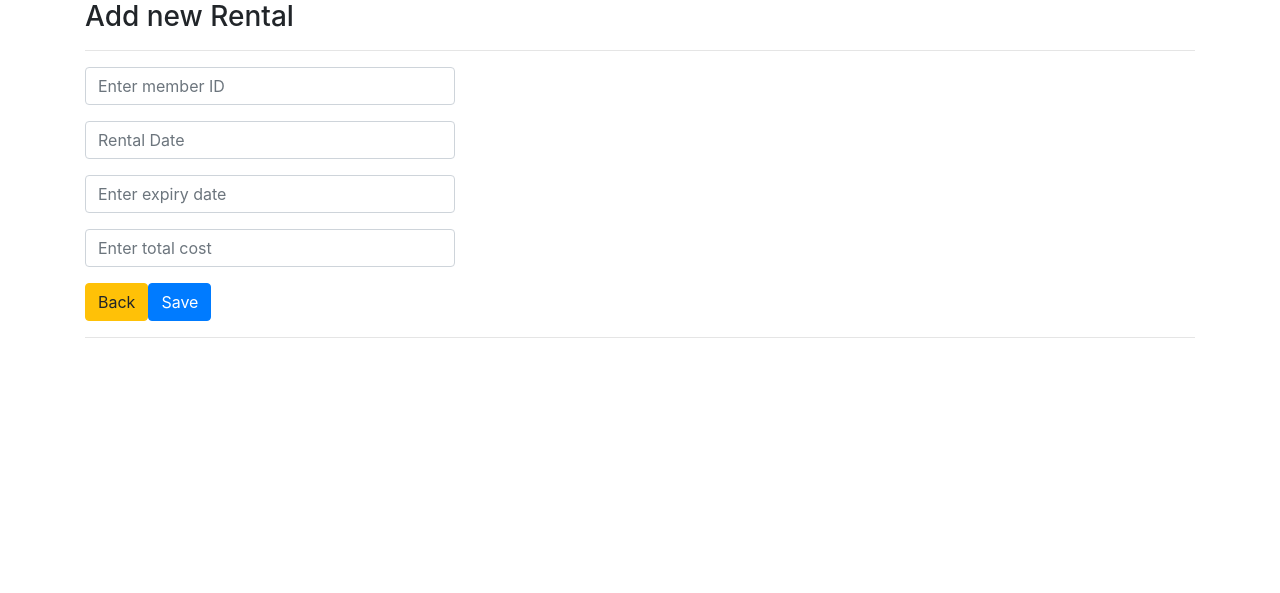
Repository: messimacky/Movie-Rental-System-Front-End
Page: /add-rental
These files come from the project's save history. The page is drawn as it stood at one moment and after the next save; the edit follows.
The browser window is 1280 px wide. The pictures show the whole page.
The project was rebuilt for these pictures with package versions that can differ from the ones it lists, and the page was loaded fresh each time. Also part of the build but not shown: src/services/movie.service.js, src/components/AddMovie.js, src/components/MoviesList.js, src/components/NotFound.js, src/components/login/Login.js, src/services/customer.service.js, src/components/AddCustomer.js, src/components/CustomerList.js and 4 more.

Above is the page before, as saved 2022-04-21 11:49:15.

After the next save:
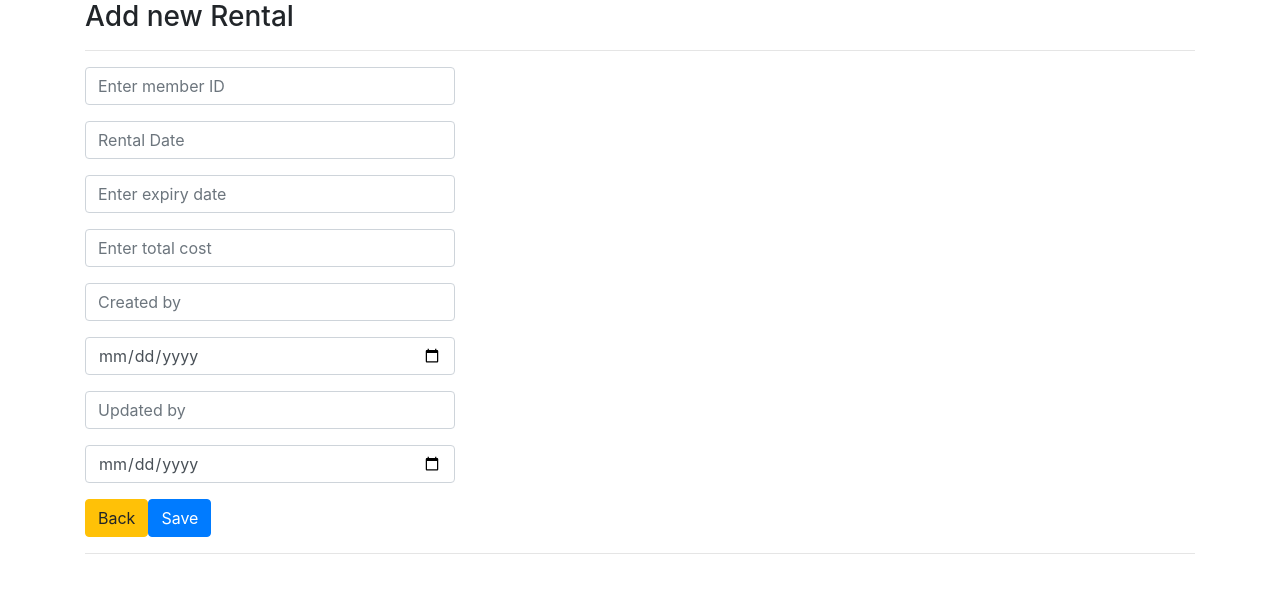
Saved 26 s later.
--- a/src/components/AddRental.js
+++ b/src/components/AddRental.js
@@ -122,6 +122,54 @@ const AddRental = () => {
                     />
                 </div>
 
+                <div className="form-group">
+                    <input
+                        type="text"
+                        className="form-control col-4"
+                        id="createdby"
+                        value={createdby}
+                        onChange={(e) => setCreatedBy(e.target.value)}
+                        placeholder="Created by"
+                    />
+                </div>
+
+
+                <div className="form-group">
+                    <input
+                        type="date"
+                        className="form-control col-4"
+                        id="createddate"
+                        value={createddate}
+                        onChange={(e) => setCreatedDate(e.target.value)}
+                        placeholder="Created Date"
+                    />
+                </div>
+
+
+
+
+                <div className="form-group">
+                    <input
+                        type="text"
+                        className="form-control col-4"
+                        id="updatedby"
+                        value={updatedby}
+                        onChange={(e) => setUpdateddBy(e.target.value)}
+                        placeholder="Updated by"
+                    />
+                </div>
+
+
+                <div className="form-group">
+                    <input
+                        type="date"
+                        className="form-control col-4"
+                        id="updateddate"
+                        value={updateddate}
+                        onChange={(e) => setUpdatedDate(e.target.value)}
+                        placeholder="Updated Date"
+                    />
+                </div>
 
 
 
